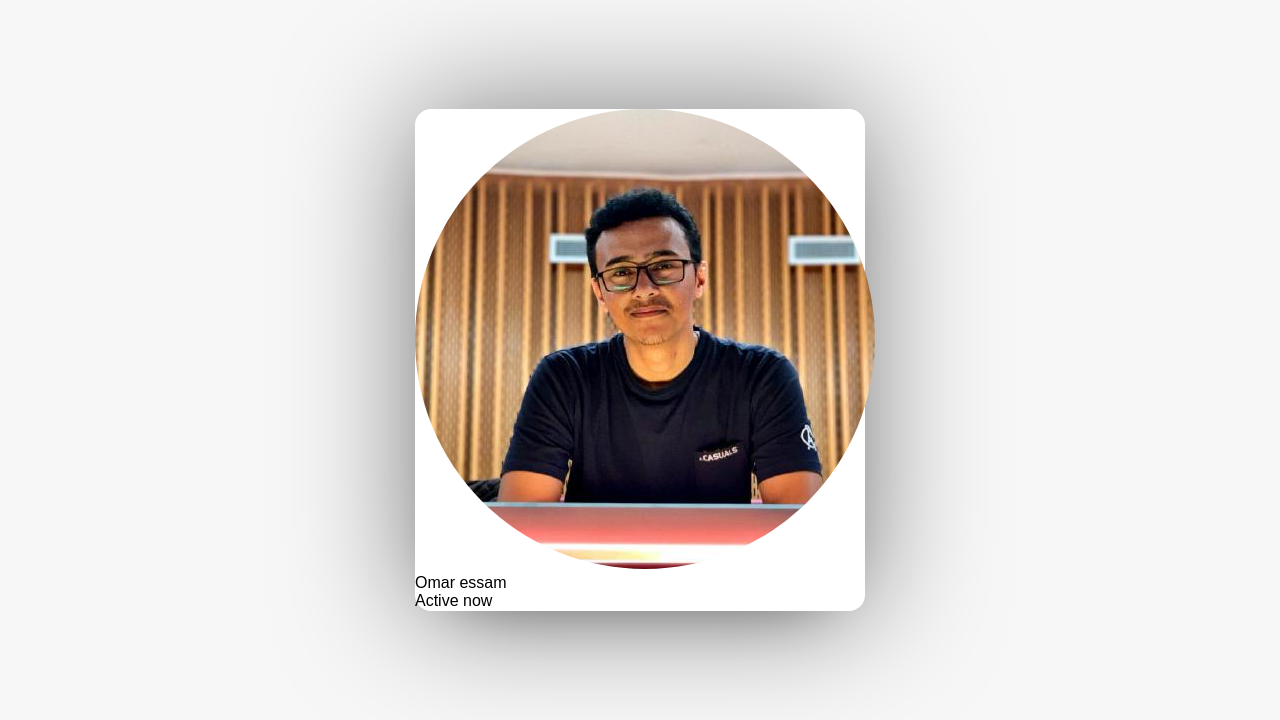
Repository: OmarEssameldinMousa/Chat-Application
Page: chat.html
These files come from the project's save history. The page is drawn as it stood at one moment and after the next save; the edit follows.
The browser window is 1280 px wide. The pictures show the whole page.

Above is the page before, as saved 2023-09-22 19:06:02.

After the next save:
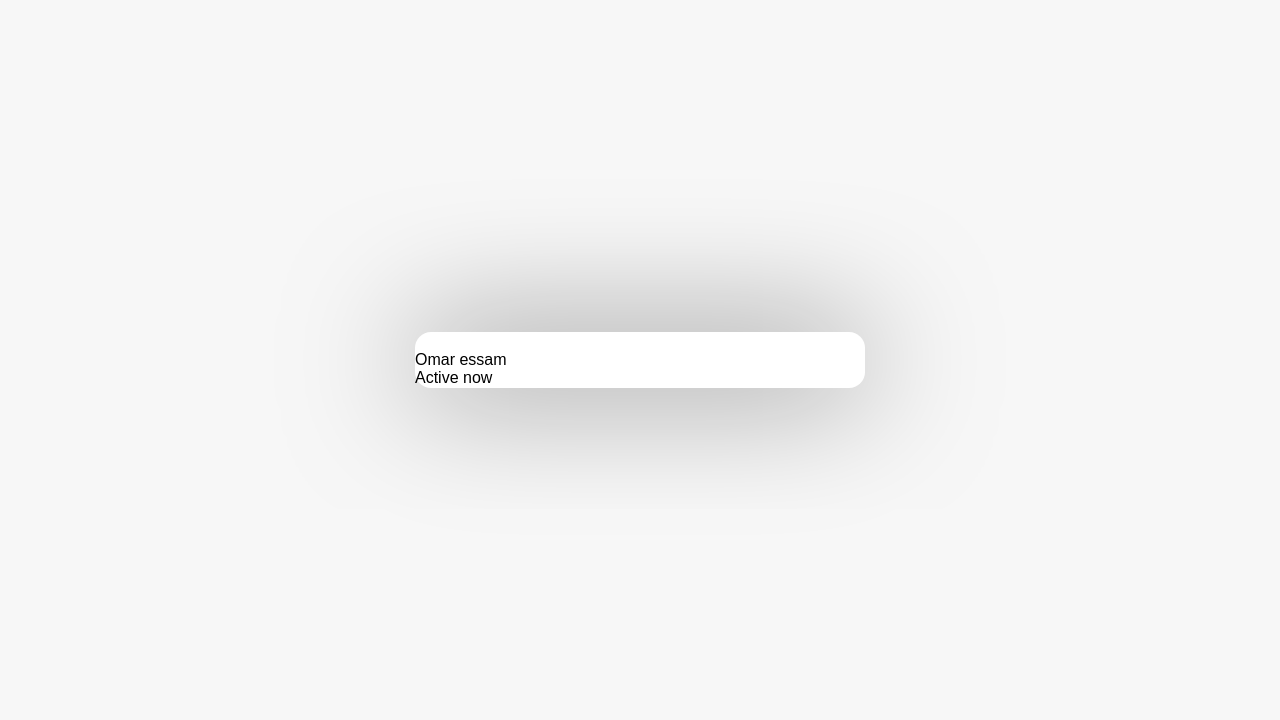
Saved 2 min 50 s later.
--- a/chat.html
+++ b/chat.html
@@ -12,15 +12,18 @@
 
 <body>
     <div class="wrapper">
-        <section class="chat-area   ">
+        <section class="chat-area">
+
             <header>
-                <img src="images/124374760.jpg" alt="">
+                <img src="#" alt="">
                 <div class="details">
                     <span>Omar essam</span>
                     <p>Active now</p>
                 </div>
             </header>
 
+
+
         </section>
     </div>
 </body>
